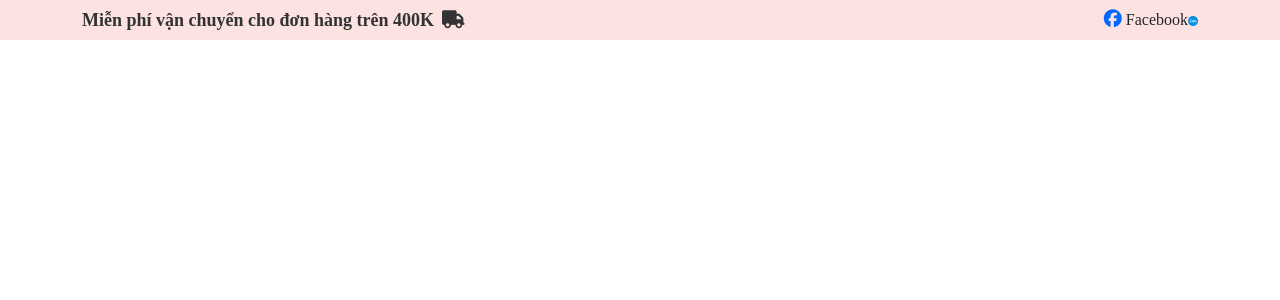
Repository: hoang28092000/kim-store
Page: index.html
The author's editor kept a copy of each file at every save. The page is drawn from the files as they stood at one save, then again after the next save.
The browser window is 1280 px wide. The pictures show the whole page.
Some web libraries are served in a nearby version.

Above is the page before, as saved 2024-10-31 21:38:36.

### index.html
<!DOCTYPE html>
<html lang="en">
<head>
    <meta charset="UTF-8">
    <meta name="viewport" content="width=device-width, initial-scale=1.0">
    <link href="https://cdn.jsdelivr.net/npm/bootstrap@5.0.2/dist/css/bootstrap.min.css" rel="stylesheet" integrity="sha384-EVSTQN3/azprG1Anm3QDgpJLIm9Nao0Yz1ztcQTwFspd3yD65VohhpuuCOmLASjC" crossorigin="anonymous">
    <link rel="stylesheet" href="https://cdnjs.cloudflare.com/ajax/libs/font-awesome/6.6.0/css/all.min.css" integrity="sha512-Kc323vGBEqzTmouAECnVceyQqyqdsSiqLQISBL29aUW4U/M7pSPA/gEUZQqv1cwx4OnYxTxve5UMg5GT6L4JJg==" crossorigin="anonymous" referrerpolicy="no-referrer" />
    <link rel="stylesheet" href="asset/style.css">
    <title>KIM STORE</title>
</head>
<body>
    <div id="header">
        <div class="top_header ">
                <div class="container d-flex justify-content-between">
                    <div class="r-top_header d-flex align-items-center">
                        <p class="txt_bold mb-0 me-2">Miễn phí vận chuyển cho đơn hàng trên 400K</p>
                    <i class="fa-solid fa-truck icon-truck mb-0"></i>
                    </div>
                    <ul class="icons-header d-flex align-items-center mb-0">
                        <li class="icon">
                            <i class="fa-brands fa-facebook icon_fb"></i>
                            <span>Facebook</span>
                        </li>
                        <li class="icon">
                           <img src="asset/image/icon_zalo.png" alt="this is picture zalo" class="icon_zalo">
                        </li>
                    </ul>
                </div>
        </div>
        <div class="main_header">

        </div>
    </div>


    <div id="navbar">

    </div>


    <div id="main">

    </div>


    <div id="footer">

    </div>






    <script src="https://cdn.jsdelivr.net/npm/bootstrap@5.0.2/dist/js/bootstrap.bundle.min.js" integrity="sha384-MrcW6ZMFYlzcLA8Nl+NtUVF0sA7MsXsP1UyJoMp4YLEuNSfAP+JcXn/tWtIaxVXM" crossorigin="anonymous"></script>
</body>
</html>

### asset/style.css
*{
    margin: 0;
    padding: 0;
    box-sizing: border-box;
    font-family: Montserrat;
    list-style: none;
    text-decoration: none;
}
.txt-16px{
    font-size: 16px;
    color: #333;
}
.txt_bold{
    font-size: 18px;
    color: #333;
    font-weight: 700;
}
#header{

}
#header .top_header{
    height: 40px;
    background-color: #FDE2E2;
}
.top_header .r-top_header{
    height: 40px;
}
.top_header .icon-truck{
    font-size: 18px;
    color: #333;
}
/* .top_header .icon{
    padding: 2px;
    border: 3px solid #fff;
    border-radius: 4px;
} */
.top_header .icon_fb{
    font-size: 18px;
    color: #0468ff;
}
.top_header .icon_zalo{
    width: 10px;
    height: 10px;
}

After the next save:
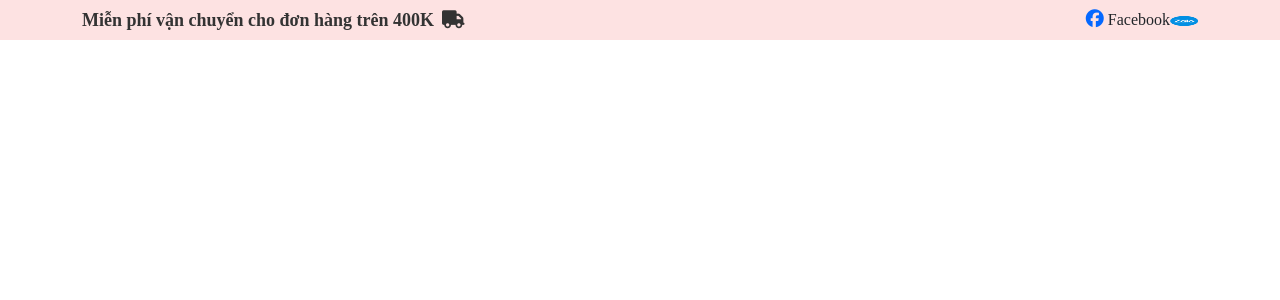
Saved 39 s later.
--- a/asset/style.css
+++ b/asset/style.css
@@ -39,6 +39,6 @@
     color: #0468ff;
 }
 .top_header .icon_zalo{
-    width: 10px;
+    width: 28px;
     height: 10px;
 }
